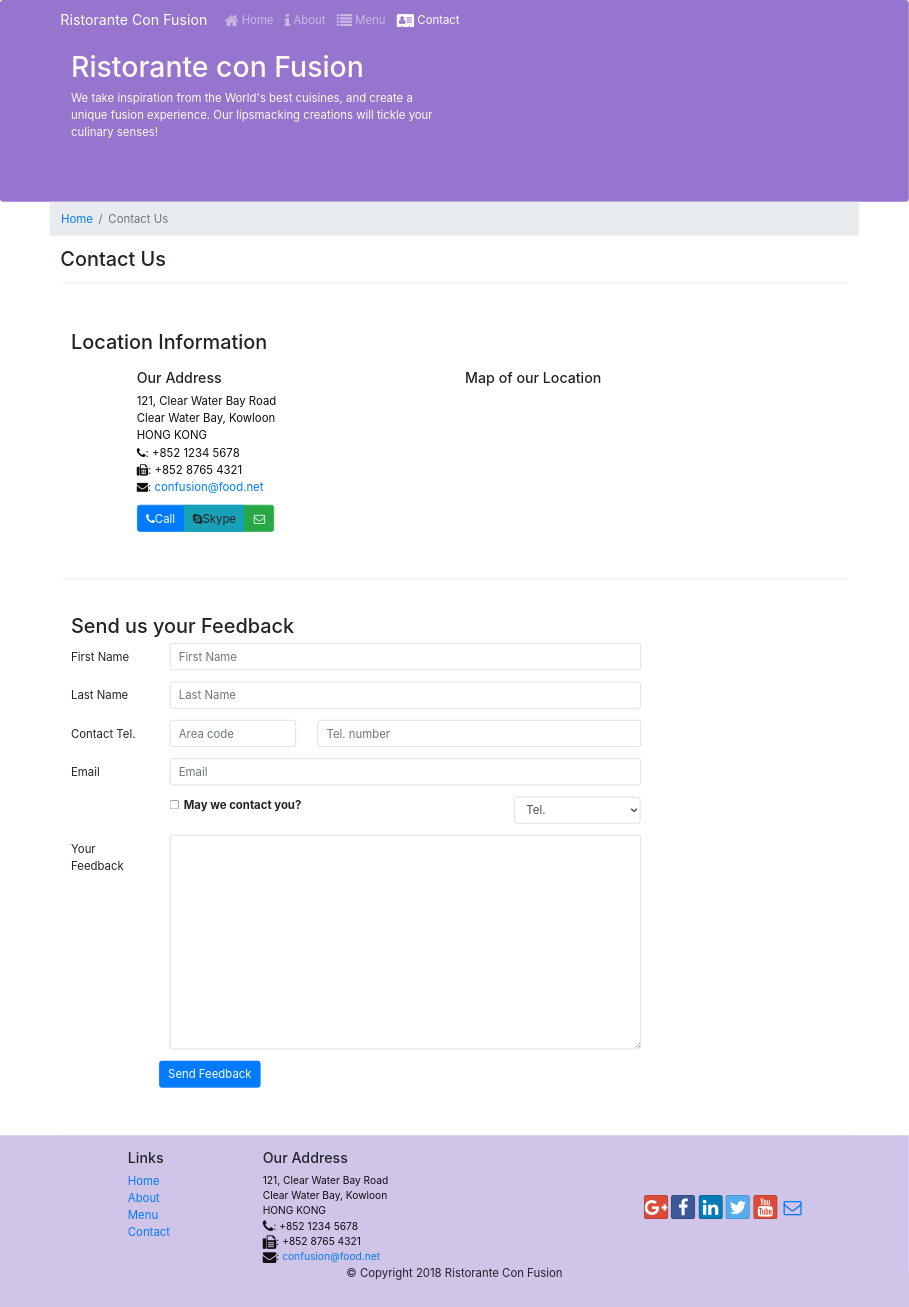
Repository: HwZau/conFusion
Page: contactus.html
These files come from the project's save history. The page is drawn as it stood at one moment and after the next save; the edit follows.
The browser window is 1280 px wide. The pictures show the whole page, at 71% of full size.
Some web libraries are served in a nearby version.

Above is the page before, as saved 2022-05-19 12:54:43.

### contactus.html
<!DOCTYPE html>
<html lang="en">
  <head>
    <title>Ristorante Con Fusion: About Us</title>
    <!-- Required meta tags always come first -->
    <meta charset="utf-8" />
    <meta
      name="viewport"
      content="width=device-width, initial-scale=1, shrink-to-fit=no"
    />
    <meta http-equiv="x-ua-compatible" content="ie=edge" />

    <!-- Bootstrap CSS -->
    <link
      rel="stylesheet"
      href="node_modules/bootstrap/dist/css/bootstrap.min.css"
    />
    <link
      rel="stylesheet"
      href="node_modules/font-awesome/css/font-awesome.min.css"
    />
    <link
      rel="stylesheet"
      href="node_modules/bootstrap-social/bootstrap-social.css"
    />
    <link rel="stylesheet" href="css/style.css" />
  </head>

  <body>
    <nav class="navbar navbar-dark navbar-expand-sm fixed-top">
      <div class="container">
        <button
          class="navbar-toggler"
          type="button"
          data-toggle="collapse"
          data-target="#Navbar"
        >
          <span class="navbar-toggler-icon"></span>
        </button>
        <a class="navbar-brand" href="#">Ristorante Con Fusion</a>
        <div class="collapse navbar-collapse" id="Navbar">
          <ul class="navbar-nav mr-auto">
            <li class="nav-item">
              <a class="nav-link" href="./index.html"
                ><span class="fa fa-home fa-lg"></span> Home</a
              >
            </li>
            <li class="nav-item">
              <a class="nav-link" href="./aboutus.html"
                ><span class="fa fa-info fa-lg"></span> About</a
              >
            </li>
            <li class="nav-item">
              <a class="nav-link" href="#"
                ><span class="fa fa-list fa-lg"></span> Menu</a
              >
            </li>
            <li class="nav-item active">
              <a class="nav-link" href="#"
                ><span class="fa fa-address-card fa-lg"></span> Contact</a
              >
            </li>
          </ul>
        </div>
      </div>
    </nav>

    <header class="jumbotron">
      <div class="container">
        <div class="row row-header">
          <div class="col-12 col-sm-6">
            <h1>Ristorante con Fusion</h1>
            <p>
              We take inspiration from the World's best cuisines, and create a
              unique fusion experience. Our lipsmacking creations will tickle
              your culinary senses!
            </p>
          </div>
          <div class="col-12 col-sm"></div>
        </div>
      </div>
    </header>

    <div class="container">
      <div class="row">
        <ol class="col-12 breadcrumb">
          <li class="breadcrumb-item"><a href="./index.html">Home</a></li>
          <li class="breadcrumb-item active">Contact Us</li>
        </ol>
        <div class="col-12">
          <h3>Contact Us</h3>
          <hr />
        </div>
      </div>

      <div class="row row-content">
        <div class="col-12">
          <h3>Location Information</h3>
        </div>
        <div class="col-12 col-sm-4 offset-sm-1">
          <h5>Our Address</h5>
          <address style="font-size: 100%">
            121, Clear Water Bay Road<br />
            Clear Water Bay, Kowloon<br />
            HONG KONG<br />
            <i class="fa fa-phone"></i>: +852 1234 5678<br />
            <i class="fa fa-fax"></i>: +852 8765 4321<br />
            <i class="fa fa-envelope"></i>:
            <a href="mailto:confusion@food.net">confusion@food.net</a>
          </address>
        </div>
        <div class="col-12 col-sm-6 offset-sm-1">
          <h5>Map of our Location</h5>
        </div>
        <div class="col-12 col-sm-11 offset-sm-1">
          <div class="btn-group" role="group">
            <a role="button" class="btn btn-primary" href="tel:+85212345678"
              ><i class="fa fa-phone"></i>Call</a
            >
            <a role="button" class="btn btn-info"
              ><i class="fa fa-skype"></i>Skype</a
            >
            <a
              role="button"
              class="btn btn-success"
              href="mailto:confusion@food.net"
              ><i class="fa fa-envelope-o"></i
            ></a>
          </div>
        </div>
      </div>

      <div class="row row-content">
        <div class="col-12">
          <h3>Send us your Feedback</h3>
        </div>
        <div class="col-12 col-md-9">
          <form action="">
            <div action="" class="form-group row">
              <label for="firstname" class="col-md-2 col-form-label"
                >First Name</label
              >
              <div class="col-md-10">
                <input
                  type="text"
                  class="form-control"
                  id="firstname"
                  name="firstname"
                  placeholder="First Name"
                />
              </div>
            </div>
            <div action="" class="form-group row">
              <label for="lastname" class="col-md-2 col-form-label"
                >Last Name</label
              >
              <div class="col-md-10">
                <input
                  type="text"
                  class="form-control"
                  id="lastname"
                  name="lastname"
                  placeholder="Last Name"
                />
              </div>
            </div>
          </form>
          <div action="" class="form-group row">
            <label for="telnum" class="col-12 col-md-2 col-form-label"
              >Contact Tel.</label
            >
            <div class="col-5 col-md-3">
              <input
                type="tel"
                class="form-control"
                id="areacode"
                name="areacode"
                placeholder="Area code"
              />
            </div>
            <div class="col-7 col-md-7">
              <input
                type="tel"
                class="form-control"
                id="telnum"
                name="telnum"
                placeholder="Tel. number"
              />
            </div>
          </div>
          <div action="" class="form-group row">
            <label for="emailid" class="col-md-2 col-form-label">Email</label>
            <div class="col-md-10">
              <input
                type="email"
                class="form-control"
                id="emailid"
                name="emailid"
                placeholder="Email"
              />
            </div>
          </div>
          <!-- add checkbox and select -->
          <div class="form-group row">
            <div class="col-md-6 offset-md-2">
              <div class="form-check">
                <input
                  type="checkbox"
                  name="approve"
                  id="approve"
                  value=""
                  class="form-check-input"
                />
                <label for="approve" class="form-check-label">
                  <strong>May we contact you?</strong>
                </label>
              </div>
            </div>
            <div class="col-md-3 offset-md-1">
              <select name="" id="" class="form-control">
                <option>Tel.</option>
                <option>Email</option>
              </select>
            </div>
          </div>
          <!-- add a textarea -->
          <div class="form-group row">
            <label for="feedback" class="col-md-2 col-form-label"
              >Your Feedback</label
            >
            <div class="col-md-10">
              <textarea
                name="feedback"
                id="feedback"
                rows="12"
                class="form-control"
              ></textarea>
            </div>
          </div>
          <!-- add submit button -->
          <div class="form-group row">
            <div class="offset-md-2 cod-md-10">
              <button type="submit" class="btn btn-primary">
                Send Feedback
              </button>
            </div>
          </div>
        </div>
        <div class="col-12 col-md"></div>
      </div>
    </div>

    <footer class="footer">
      <div class="container">
        <div class="row">
          <div class="col-4 offset-1 col-sm-2">
            <h5>Links</h5>
            <ul class="list-unstyled">
              <li><a href="#">Home</a></li>
              <li><a href="#">About</a></li>
              <li><a href="#">Menu</a></li>
              <li><a href="#">Contact</a></li>
            </ul>
          </div>
          <div class="col-7 col-sm-5">
            <h5>Our Address</h5>
            <address>
              121, Clear Water Bay Road<br />
              Clear Water Bay, Kowloon<br />
              HONG KONG<br />
              <i class="fa fa-phone fa-lg"></i>: +852 1234 5678<br />
              <i class="fa fa-fax fa-lg"></i>: +852 8765 4321<br />
              <i class="fa fa-envelope fa-lg"></i>:
              <a href="mailto:confusion@food.net">confusion@food.net</a>
            </address>
          </div>
          <div class="col-12 col-sm-4 align-self-center">
            <div class="text-center">
              <a
                class="btn btn-social-icon btn-google"
                href="http://google.com/+"
                ><i class="fa fa-google-plus"></i
              ></a>
              <a
                class="btn btn-social-icon btn-facebook"
                href="http://www.facebook.com/profile.php?id="
                ><i class="fa fa-facebook"></i
              ></a>
              <a
                class="btn btn-social-icon btn-linkedin"
                href="http://www.linkedin.com/in/"
                ><i class="fa fa-linkedin"></i
              ></a>
              <a
                class="btn btn-social-icon btn-twitter"
                href="http://twitter.com/"
                ><i class="fa fa-twitter"></i
              ></a>
              <a
                class="btn btn-social-icon btn-google"
                href="http://youtube.com/"
                ><i class="fa fa-youtube"></i
              ></a>
              <a class="btn btn-social-icon" href="mailto:"
                ><i class="fa fa-envelope-o"></i
              ></a>
            </div>
          </div>
        </div>
        <div class="row justify-content-center">
          <div class="col-auto">
            <p>© Copyright 2018 Ristorante Con Fusion</p>
          </div>
        </div>
      </div>
    </footer>
    <!-- jQuery first, then Popper.js, then Bootstrap JS. -->
    <script src="node_modules/jquery/dist/jquery.slim.min.js"></script>
    <script src="node_modules/popper.js/dist/umd/popper.min.js"></script>
    <script src="node_modules/bootstrap/dist/js/bootstrap.min.js"></script>
  </body>
</html>

### css/style.css

.row-header {
	margin: 0px auto;
	padding: 0px auto;
}

.row-content {
	margin: 0 auto;
	padding: 50px 0px 50px 0px;
	border-bottom: 1px ridge;
	min-height: 400px;
}

.footer {
	background-color: #D1C4E9;
	margin: 0px auto;
	padding: 20px 0px 20px 0px;
}

.jumbotron {
	padding: 70px 30px 70px 30px;
	margin: 0px auto;
	background: #9575CD;
	color: floralwhite;
}

address {
	font-size: 90%;
	margin: 0px;
	color:#0f0f0f;
}

Loaded but not shown: node_modules/bootstrap/dist/css/bootstrap.min.css (library); node_modules/font-awesome/css/font-awesome.min.css (library); node_modules/bootstrap-social/bootstrap-social.css (library); node_modules/jquery/dist/jquery.slim.min.js (library); node_modules/popper.js/dist/umd/popper.min.js (library); node_modules/bootstrap/dist/js/bootstrap.min.js (library)

After the next save:
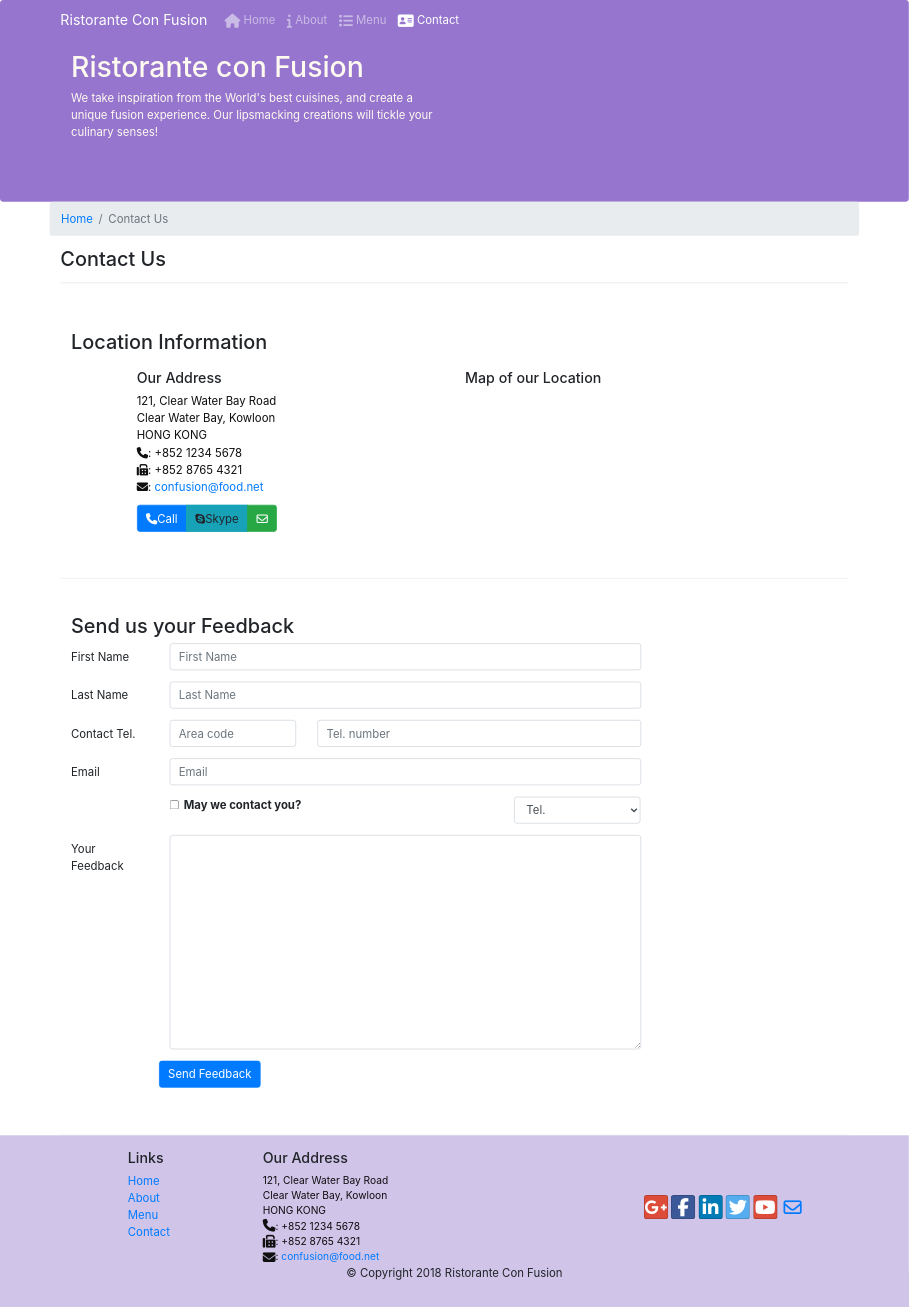
Saved 34 s later.
--- a/contactus.html
+++ b/contactus.html
@@ -318,5 +318,9 @@
     <script src="node_modules/jquery/dist/jquery.slim.min.js"></script>
     <script src="node_modules/popper.js/dist/umd/popper.min.js"></script>
     <script src="node_modules/bootstrap/dist/js/bootstrap.min.js"></script>
+    <script
+      src="https://kit.fontawesome.com/f2fda88f12.js"
+      crossorigin="anonymous"
+    ></script>
   </body>
 </html>
